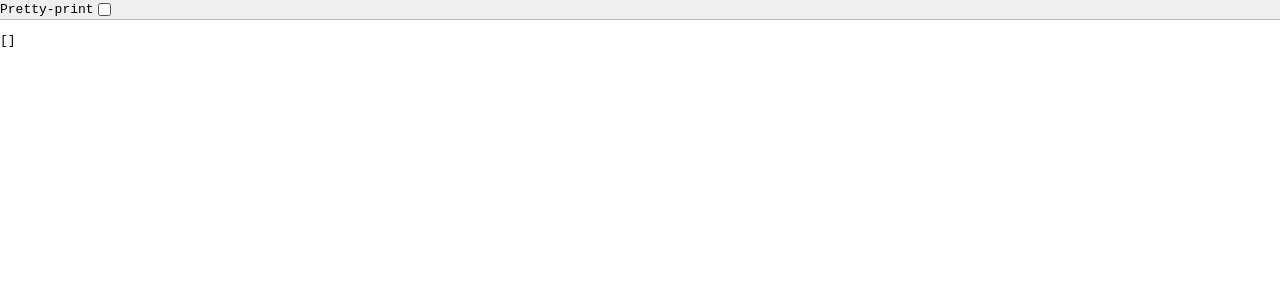
Repository: karimelassali/RRsFeed
Page: http://localhost/
These files come from the project's save history. The page is drawn as it stood at one moment and after the next save; the edit follows.
The browser window is 1280 px wide. The pictures show the whole page.
The page is served by the project's Laravel application, run on PHP 8.4 with Laravel 12. Queries for data that is not in the repository find no rows.

Above is the page before, as saved 2025-03-06 14:05:26.

After the next save:
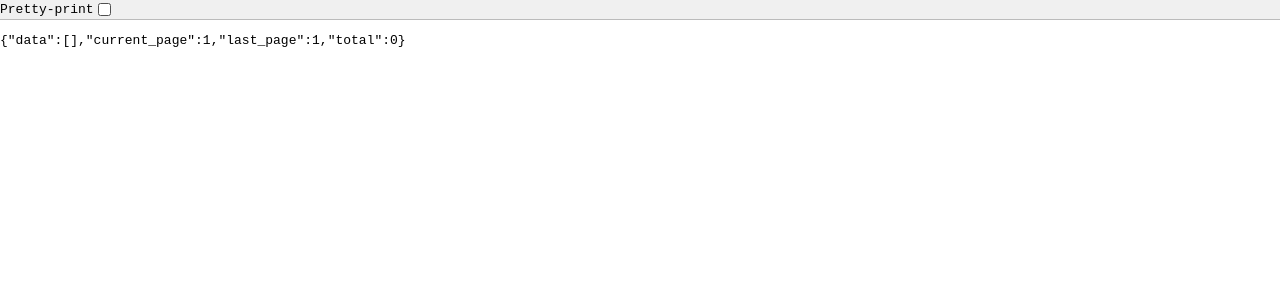
Saved 31 min 19 s later.
--- a/app/Http/Controllers/DataController.php
+++ b/app/Http/Controllers/DataController.php
@@ -43,11 +43,9 @@
                 try {
                     $filters = json_decode($filtersJson, true);
                     if (is_array($filters) && count($filters) > 0) {
-                        // Apply filters logic here based on your filter structure
-                        // Example:
-                        foreach ($filters as $filter) {
-                            $query->where($filter['field'], $filter['operator'], $filter['value']);
-                        }
+                        $query->whereIn('source', array_map(function ($filter) {
+                            return is_array($filter) && isset($filter['value']) ? $filter['value'] : $filter;
+                        }, $filters));
                     }
                 } catch (\Exception $e) {
                     Log::error("Error parsing filters: " . $e->getMessage());
@@ -55,12 +53,14 @@
             }
 
             // Execute pagination
-            $allFeeds = [];
-            for ($i = 1; $i <= $page; $i++) {
-                $allFeeds = array_merge($allFeeds, $query->simplePaginate($perPage, ['*'], 'page', $i)->items());
-            }
+            $feeds = $query->paginate($perPage, ['*'], 'page', $page);
 
-            return response()->json($allFeeds);
+            return response()->json([
+                'data' => $feeds->items(), // Current page items
+                'current_page' => $feeds->currentPage(),
+                'last_page' => $feeds->lastPage(),
+                'total' => $feeds->total(),
+            ]);
         } catch (\Exception $e) {
             Log::error("Error in getFeedsData: " . $e->getMessage(), [
                 'trace' => $e->getTraceAsString()
